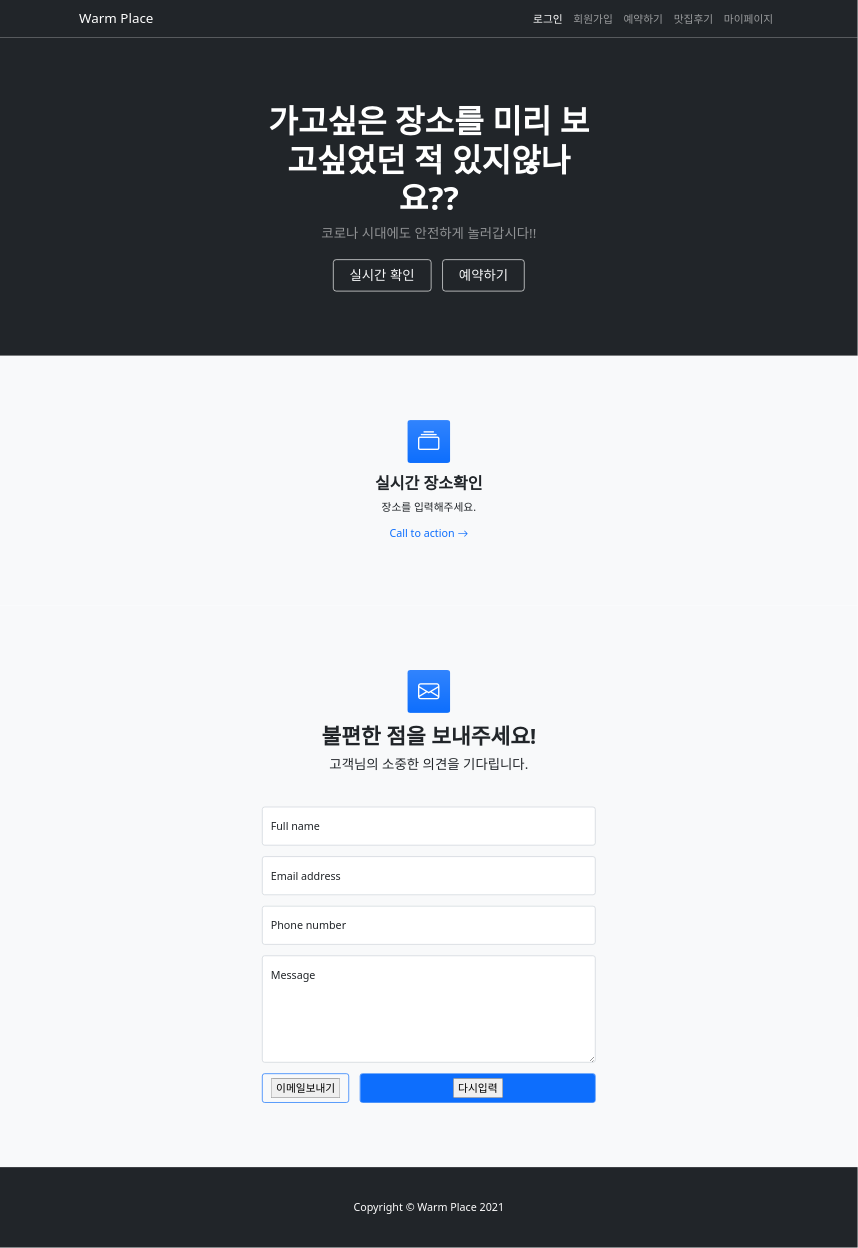
Repository: jaunnnngs/HackaTone
Page: http://localhost/StunProjects/St_Join/main.jsp
These files come from the project's save history. The page is drawn as it stood at one moment and after the next save; the edit follows.
The browser window is 1280 px wide. The pictures show the whole page, at 67% of full size.
Some web libraries are served in a nearby version. The page is served by Tomcat 9.

Above is the page before, as saved 2021-08-12 01:49:08.

After the next save:
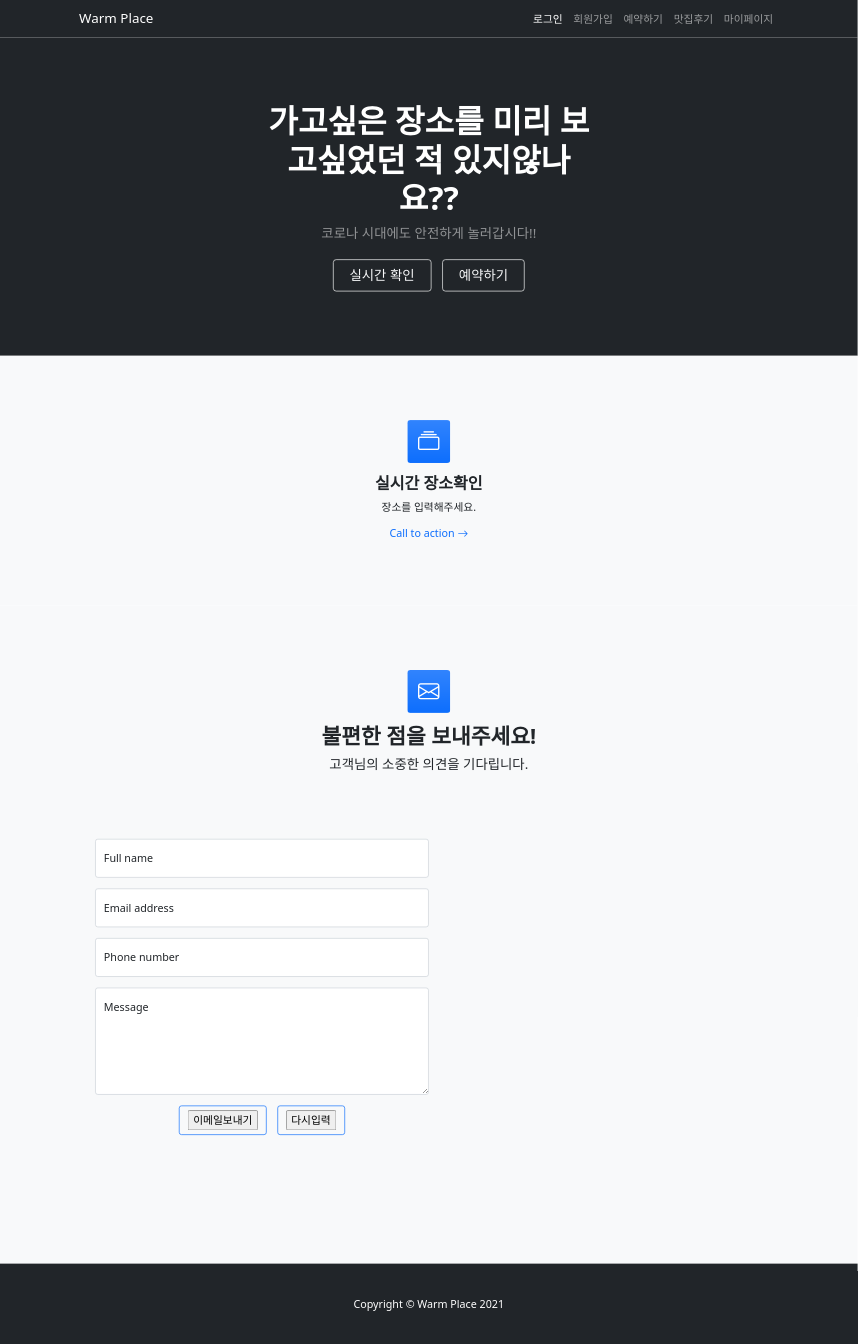
Saved 118 s later.
--- a/STUN_TEAM/StunProjects/src/main/webapp/St_Join/main.jsp
+++ b/STUN_TEAM/StunProjects/src/main/webapp/St_Join/main.jsp
@@ -102,6 +102,8 @@
                     <p class="lead mb-0">고객님의 소중한 의견을 기다립니다.</p>
                 </div>
                 <div class="row gx-5 justify-content-center">
+                <div class="container px-5 my-5 px-5">
+                <div class="text-center mb-5">
                     <div class="col-lg-6">
                         <!-- * * * * * * * * * * * * * * *-->
                         <!-- * * SB Forms Contact Form * *-->
@@ -158,7 +160,7 @@
                             <!--마지막 버튼!  -->
                             <div class="d-grid gap-3 d-sm-flex justify-content-sm-center">
 							<a class="btn btn-outline-primary"><input type="submit" value="이메일보내기"></a>
-							<a class="btn btn-primary form-control"><input type="reset" value="다시입력"></a></div>
+							<a class="btn btn-outline-primary"><input type="reset" value="다시입력"></a></div>
 							</form>
                     </div>
                 </div>
